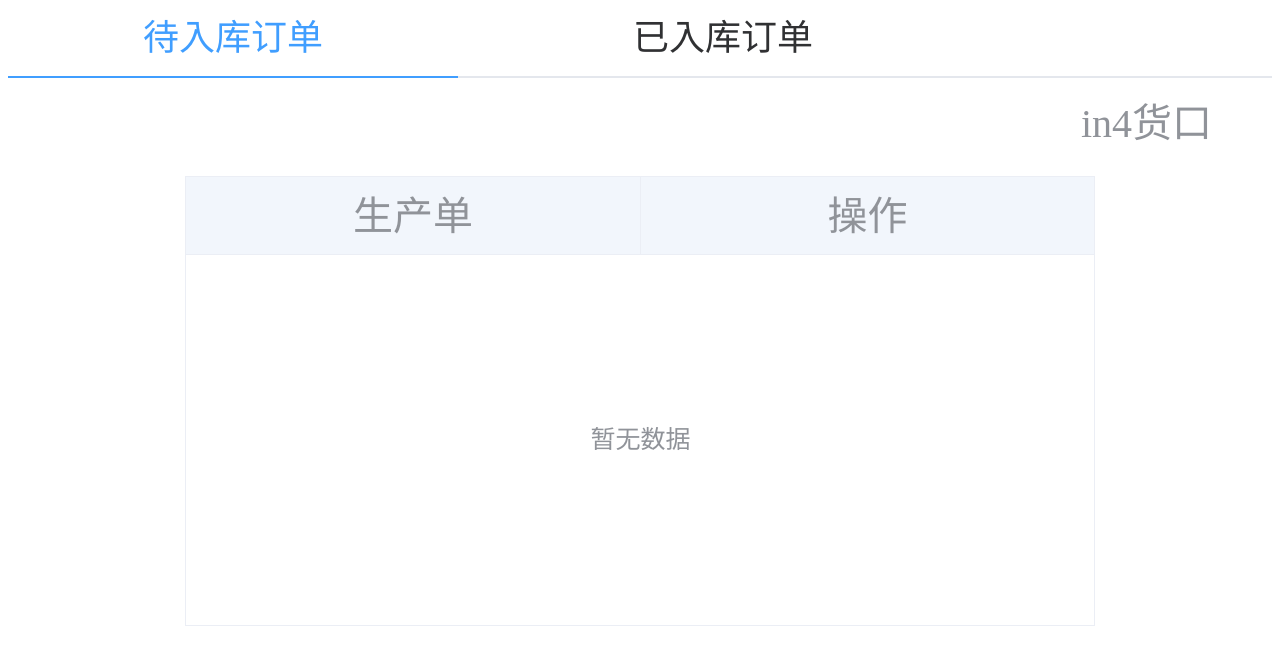
Repository: yaesass/yaesass
Page: /#/InStock (app in scancode/)
These files come from the project's save history. The page is drawn as it stood at one moment and after the next save; the edit follows.
The browser window is 1280 px wide. The pictures show the whole page.
The project was rebuilt for these pictures with package versions that can differ from the ones it lists, and the page was loaded fresh each time. Also part of the build but not shown: scancode/vue.config.js.

Above is the page before, as saved 2022-06-29 16:50:43.

After the next save:
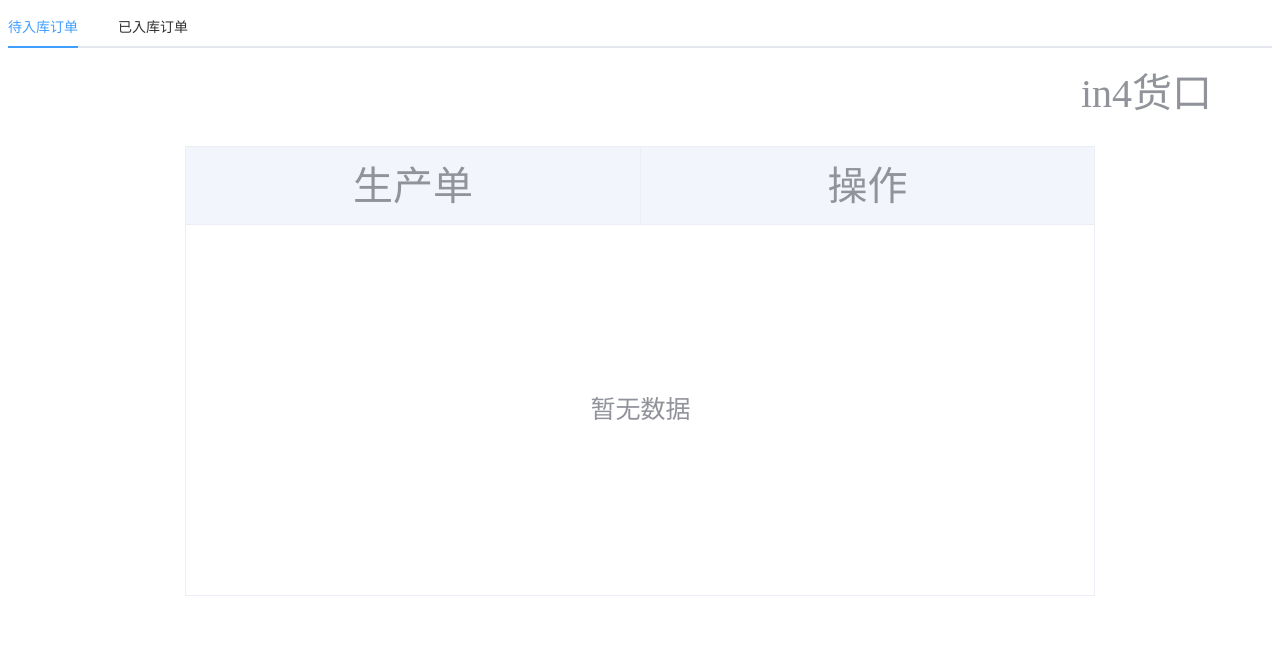
Saved 118 s later.
--- a/scancode/src/views/InStock.vue
+++ b/scancode/src/views/InStock.vue
@@ -247,7 +247,7 @@
 </script>
 
 <style>
-.f {
+/* .f {
   display: flex;
 }
 
@@ -269,7 +269,7 @@
   font-size: 36px;
   font-weight: 300;
   letter-spacing: 0em;
-}
+} */
 
 .back {
   margin-top: -50px;
@@ -357,22 +357,6 @@
   color: #ffffff;
 }
 
-.out {
-  display: flex;
-  margin: 180px auto;
-  width: 300px;
-  height: 150px;
-  border-radius: 30px;
-  background: #409eff;
-}
-
-.out .btntxt {
-  margin: auto;
-  font-size: 50px;
-  font-weight: 300;
-  color: #ffffff;
-}
-
 .workShop_message {
   width: 40%;
   font-size: 30px;

After the 2 saves that followed:
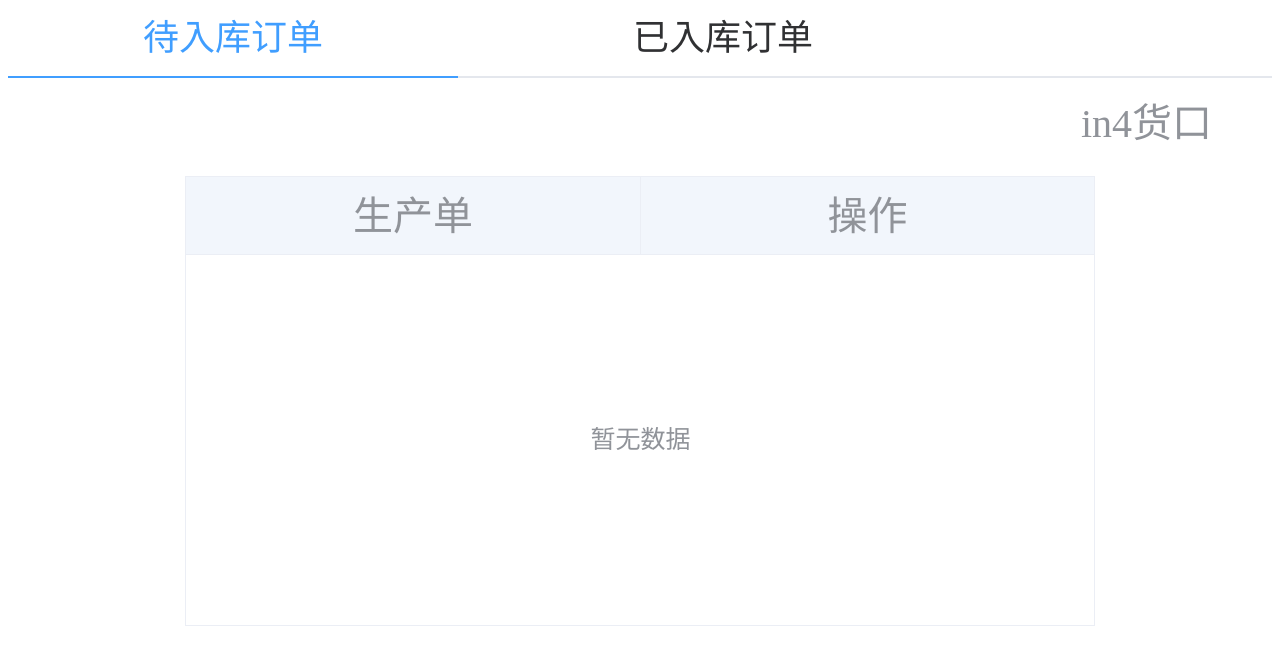
The 2 saves are shown as one change because 1 left the picture as it was.
The last was saved 16 s later.
--- a/scancode/src/views/InStock.vue
+++ b/scancode/src/views/InStock.vue
@@ -249,7 +249,7 @@
 <style>
 /* .f {
   display: flex;
-}
+} */
 
 .el-table {
   width: 100%;
@@ -269,7 +269,7 @@
   font-size: 36px;
   font-weight: 300;
   letter-spacing: 0em;
-} */
+}
 
 .back {
   margin-top: -50px;
